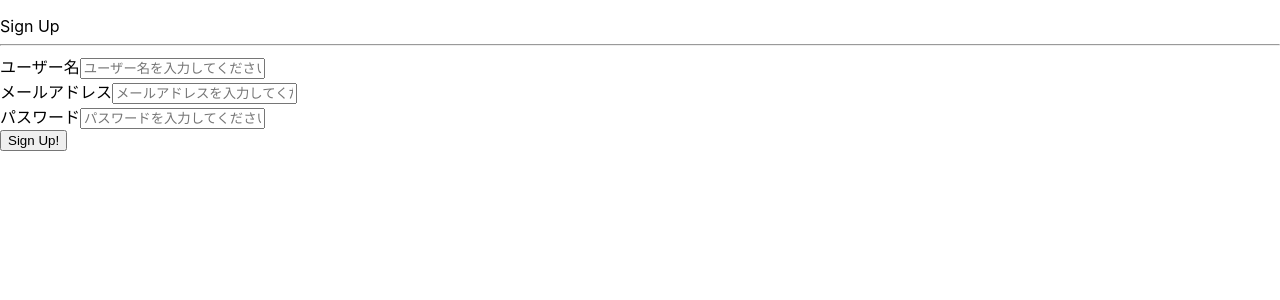
Repository: tosaken1116/Backs-of-seniors-hackathon
Page: /components/SignUpModal
An editor plug-in stored every save of this project. The page is shown before and after the next save, followed by the edit.
The browser window is 1280 px wide. The pictures show the whole page.
The project was rebuilt for these pictures with package versions that can differ from the ones it lists, and the page was loaded fresh each time. The framework's server and built-in components were replaced by stand-ins that run in the browser. Also part of the build but not shown: next.config.js.

Above is the page before, as saved 2022-07-17 11:54:30.

After the next save:
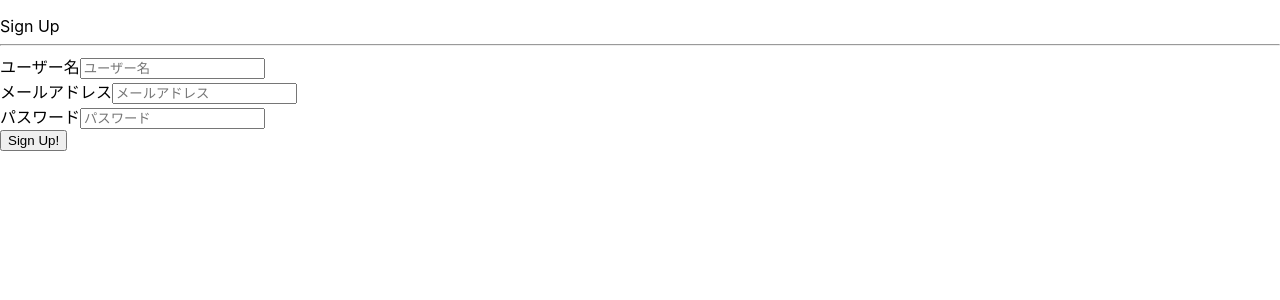
Saved 17 s later.
--- a/pages/components/SignUpModal.tsx
+++ b/pages/components/SignUpModal.tsx
@@ -71,7 +71,7 @@ export default function SignInModal() {
                                         <label>ユーザー名</label>
                                         <input
                                             type="text"
-                                            placeholder="ユーザー名を入力してください"
+                                            placeholder="ユーザー名"
                                             name="username"
                                             required
                                             onChange={(event) =>
@@ -85,7 +85,7 @@ export default function SignInModal() {
                                         <label>メールアドレス</label>
                                         <input
                                             type="text"
-                                            placeholder="メールアドレスを入力してください"
+                                            placeholder="メールアドレス"
                                             name="email"
                                             required
                                             onChange={(event) =>
@@ -99,7 +99,7 @@ export default function SignInModal() {
                                         <label>パスワード</label>
                                         <input
                                             type="password"
-                                            placeholder="パスワードを入力してください"
+                                            placeholder="パスワード"
                                             name="password"
                                             required
                                             onChange={(event) =>
